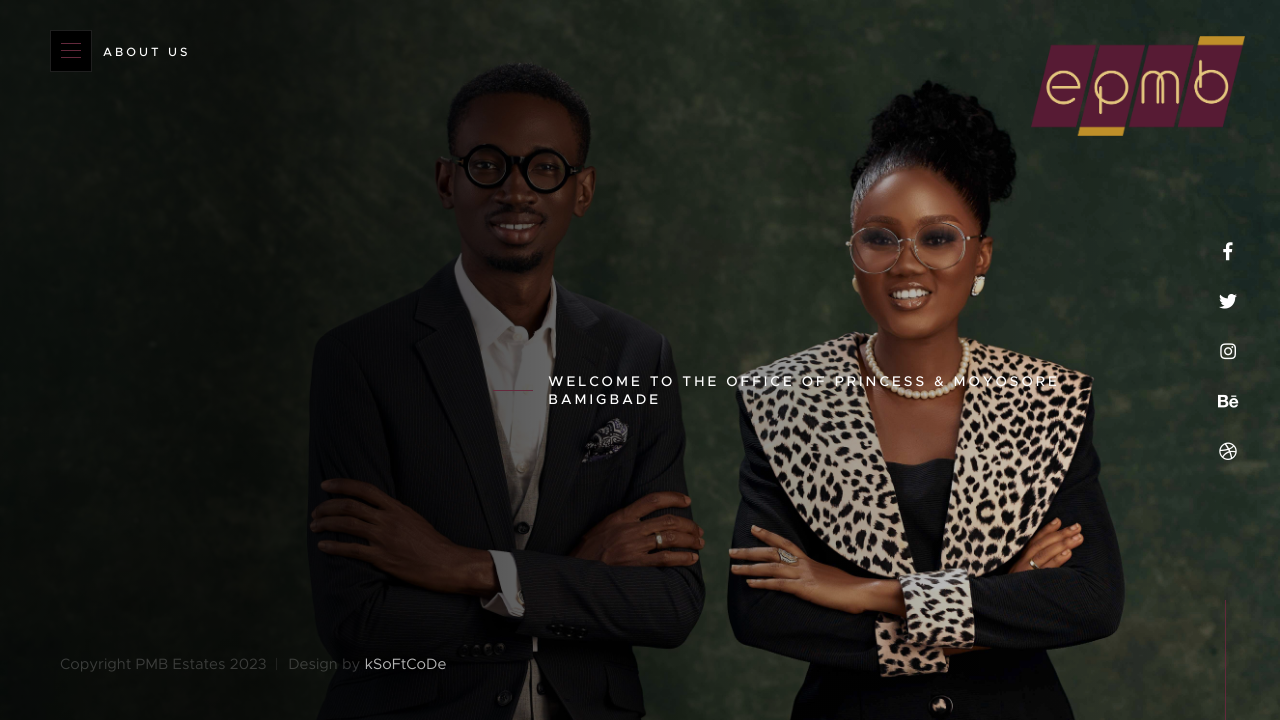
Repository: Ksoftcode/PMB
Page: index.html
These files come from the project's save history. The page is drawn as it stood at one moment and after the next save; the edit follows.
The browser window is 1280 px wide. The pictures show the whole page.

Above is the page before, as saved 2023-03-27 13:14:29.

After the next save:
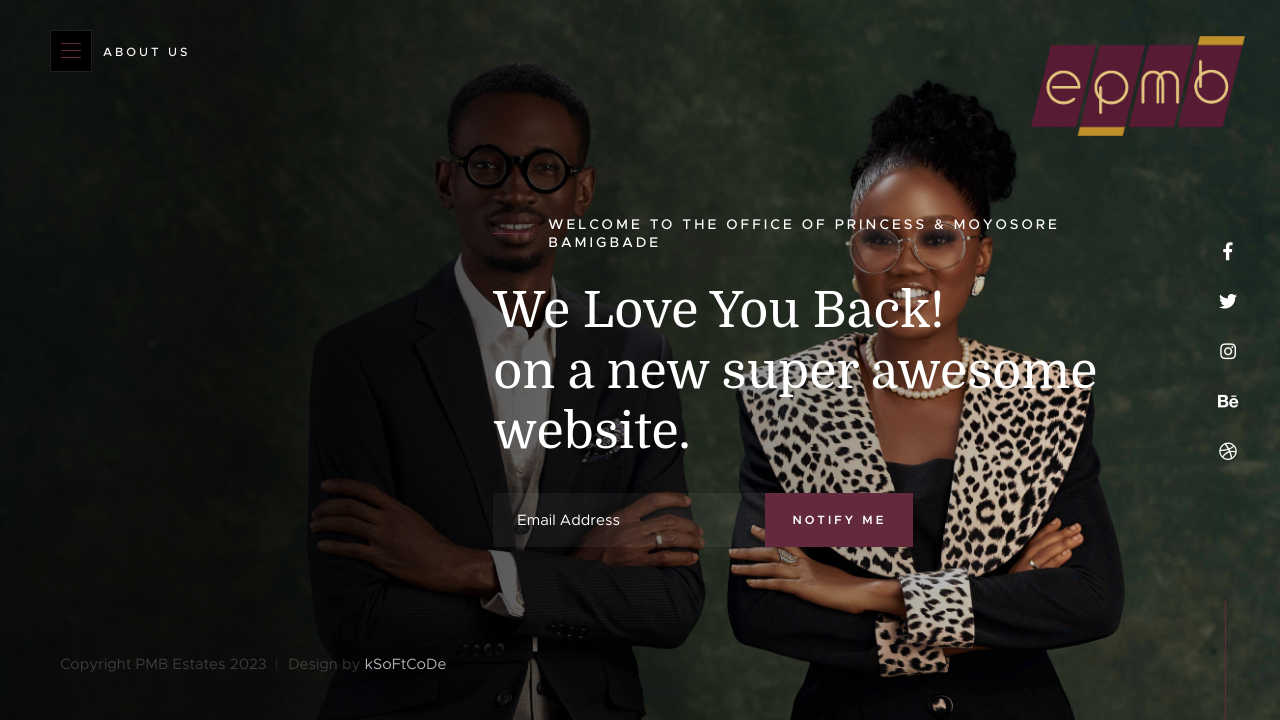
Saved 2 min 0 s later.
--- a/index.html
+++ b/index.html
@@ -52,22 +52,22 @@
                 <div class="col-eight home-content__text pull-right">
                     <h3>Welcome to the office of Princess & Moyosore Bamigbade</h3>
 
-                    <!-- <h1>
-                    We are currently working <br>
+                    <h1>
+                        We Love You Back! <br>
                     on a new super awesome <br> website.
-                    </h1> -->
+                    </h1>
 
                     <!-- <p>
                         The future has a way of arriving unannounced.
                     </p> -->
 
-                    <!-- <div class="home-content__subscribe">
+                    <div class="home-content__subscribe">
                         <form id="mc-form" class="group" novalidate="true">
                             <input type="email" value="" name="EMAIL" class="email" id="mc-email" placeholder="Email Address" required="">
                             <input type="submit" name="subscribe" value="Notify Me">
                             <label for="mc-email" class="subscribe-message"></label>
                         </form>
-                    </div> -->
+                    </div>
                 </div>  <!-- end home-content__text -->
 
                 <!--<div class="col-four home-content__counter">
